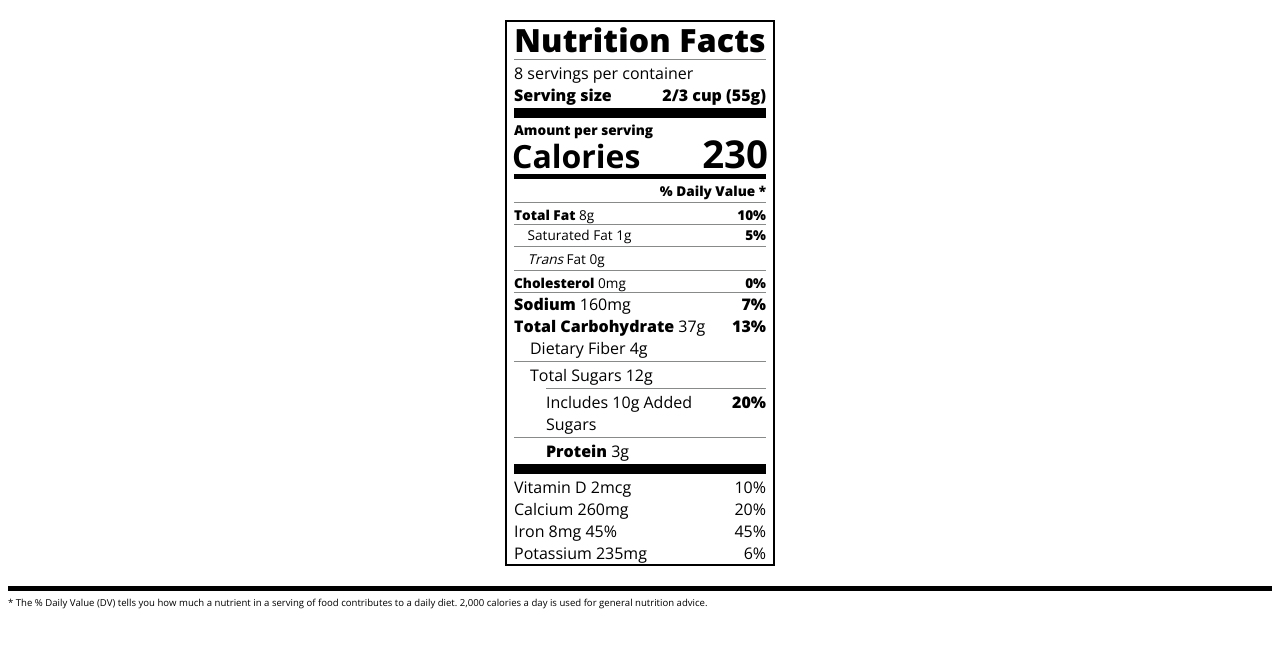
Repository: AimenDje/NutritionLabel
Page: index.html
These files come from the project's save history. The page is drawn as it stood at one moment and after the next save; the edit follows.
The browser window is 1280 px wide. The pictures show the whole page.

Above is the page before, as saved 2025-08-31 00:09:42.

After the next save:
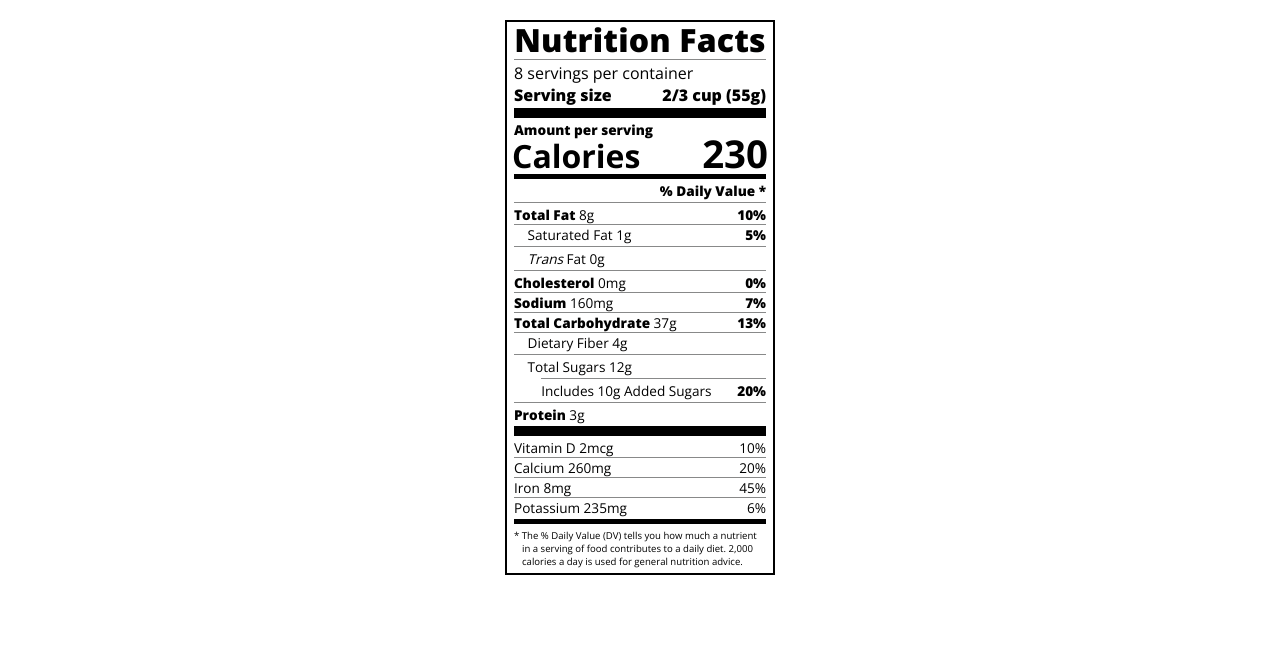
Saved 74 s later.
--- a/index.html
+++ b/index.html
@@ -4,9 +4,8 @@
 <head>
   <meta charset="UTF-8">
   <title>Nutrition Label</title>
-  <link rel="stylesheet" href="https://fonts.googleapis.com/css?family=Open+Sans:400,700,800">
-  <link rel="stylesheet" href="styles.css">
-
+  <link href="https://fonts.googleapis.com/css?family=Open+Sans:400,700,800" rel="stylesheet">
+  <link href="./styles.css" rel="stylesheet">
 </head>
 
 <body>
@@ -17,43 +16,42 @@
       <p>8 servings per container</p>
       <p class="bold">Serving size <span>2/3 cup (55g)</span></p>
     </header>
-    <div class="divider large"> </div>
-     <div class="calories-info">
+    <div class="divider large"></div>
+    <div class="calories-info">
       <div class="left-container">
         <h2 class="bold small-text">Amount per serving</h2>
-        <p> Calories</p>
+        <p>Calories</p>
       </div>
-      <span> 230 </span>
+      <span>230</span>
     </div>
     <div class="divider medium"></div>
     <div class="daily-value small-text">
-      <p class="bold right no-divider" >% Daily Value *</p>
+      <p class="bold right no-divider">% Daily Value *</p>
       <div class="divider"></div>
       <p><span><span class="bold">Total Fat</span> 8g</span> <span class="bold">10%</span></p>
-      <p class="indent no-divider" >Saturated Fat 1g <span class="bold">5%</span></p>
+      <p class="indent no-divider">Saturated Fat 1g <span class="bold">5%</span></p>
       <div class="divider"></div>
       <p class="indent no-divider"><span><i>Trans</i> Fat 0g</span></p>
       <div class="divider"></div>
-      <p> <span><span class="bold">Cholesterol</span> 0mg</span> <span class="bold">0%</span> </div>
-      <p><span><span class="bold">Sodium</span> 160mg </span> <span class="bold">7%</span> </p>
+      <p><span><span class="bold">Cholesterol</span> 0mg</span> <span class="bold">0%</span></p>
+      <p><span><span class="bold">Sodium</span> 160mg</span> <span class="bold">7%</span></p>
       <p><span><span class="bold">Total Carbohydrate</span> 37g</span> <span class="bold">13%</span></p>
-      <p class="indent no-divider">Dietary Fiber 4g </p>
+      <p class="indent no-divider">Dietary Fiber 4g</p>
       <div class="divider"></div>
-      <p class="indent no-divider"> Total Sugars 12g</p>
+      <p class="indent no-divider">Total Sugars 12g</p>
       <div class="divider double-indent"></div>
-      <p class="double-indent no-divider">Includes 10g Added Sugars <span class="bold">20% <span></p>
+      <p class="double-indent no-divider">Includes 10g Added Sugars <span class="bold">20%</span></p>
       <div class="divider"></div>
-      <p class="double-indent no-divider"><span><span class="bold">Protein</span> 3g</span></p>
+      <p class="no-divider"><span><span class="bold">Protein</span> 3g</span></p>
       <div class="divider large"></div>
       <p>Vitamin D 2mcg <span>10%</span></p>
       <p>Calcium 260mg <span>20%</span></p>
-      <p>Iron 8mg 45% <span>45%</span></p>
+      <p>Iron 8mg <span>45%</span></p>
       <p class="no-divider">Potassium 235mg <span>6%</span></p>
     </div>
-    <div class="medium divider"> </div>
-    <p class="note"> * The % Daily Value (DV) tells you how much a nutrient in a serving of food contributes to a daily diet.
-    2,000 calories a day is used for general nutrition advice.</p>
-  </div>
+    <div class="divider medium"></div>
+    <p class="note">* The % Daily Value (DV) tells you how much a nutrient in a serving of food contributes to a daily
+      diet. 2,000 calories a day is used for general nutrition advice.</p>
   </div>
 </body>
 </html>
